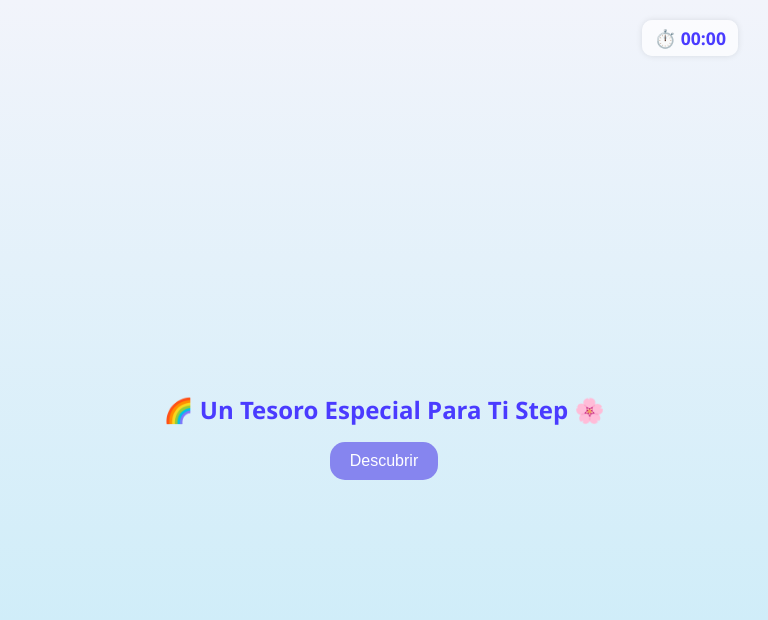
Repository: FernandoPelaez/juego-step
Page: index.html
The author's editor kept a copy of each file at every save. The page is drawn from the files as they stood at one save, then again after the next save.
The browser window is 768 px wide. The pictures show the whole page.
Some web libraries are served in a nearby version.

Above is the page before, as saved 2025-05-13 23:19:20.

After the next save:
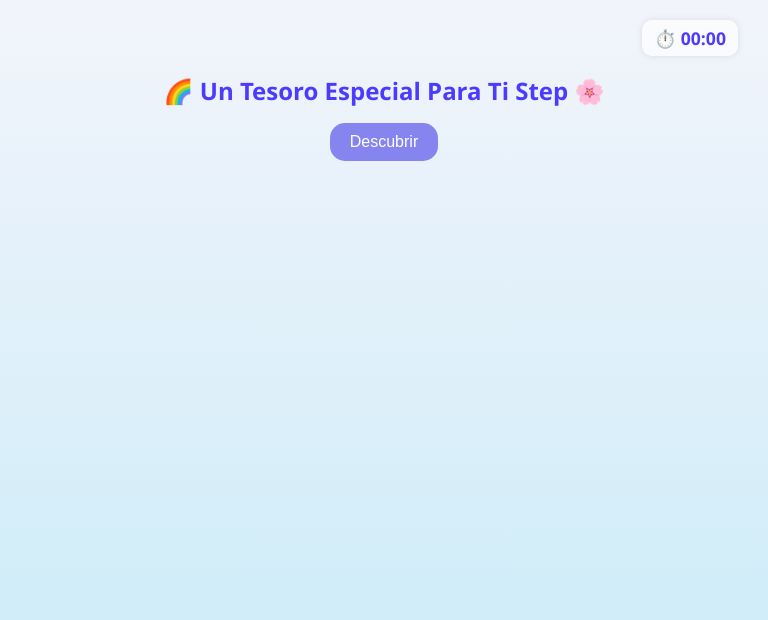
Saved 2 min 44 s later.
--- a/style.css
+++ b/style.css
@@ -5,10 +5,11 @@ body {
   display: flex;
   flex-direction: column;
   align-items: center;
-  justify-content: center;
+  justify-content: start; /* 👈 cambio para no empujar todo hacia el centro */
   min-height: 100vh;
   color: #3f3d56;
   text-align: center;
+  overflow: hidden;
 }
 
 .pantalla-inicial, .mensaje-final {
@@ -16,7 +17,7 @@ body {
 }
 
 .juego {
-  margin-top: 10px;
+  margin-top: 20px; /* ⬆️ Ajustado para subir el bloque */
 }
 
 h1 {
@@ -129,10 +130,7 @@ button:hover {
   to { opacity: 1; transform: translateY(0); }
 }
 
-body {
-  overflow: hidden;
-}
-
+/* Responsive */
 @media (max-width: 768px) {
   h1 {
     font-size: 1.5rem;
@@ -160,8 +158,13 @@ body {
     font-size: 1rem;
   }
 
-  .pantalla-inicial, .juego, .mensaje-final {
+  .pantalla-inicial, .mensaje-final {
     margin-top: 30px;
+    padding: 0 10px;
+  }
+
+  .juego {
+    margin-top: 10px;
     padding: 0 10px;
   }
 
